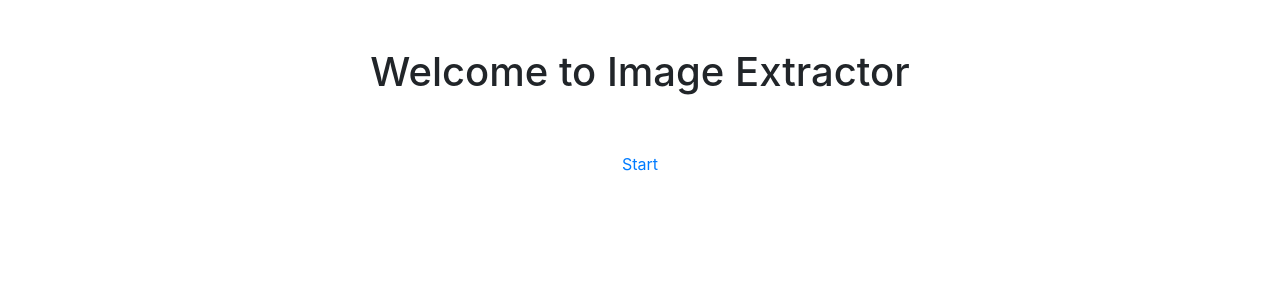
Repository: Rainam98/ImageExtractor
Page: http://localhost/demo/
An editor plug-in stored every save of this project. The page is shown before and after the next save, followed by the edit.
The browser window is 1280 px wide. The pictures show the whole page.
The page is served by Tomcat 9.

Above is the page before, as saved 2023-06-02 05:04:26.

After the next save:
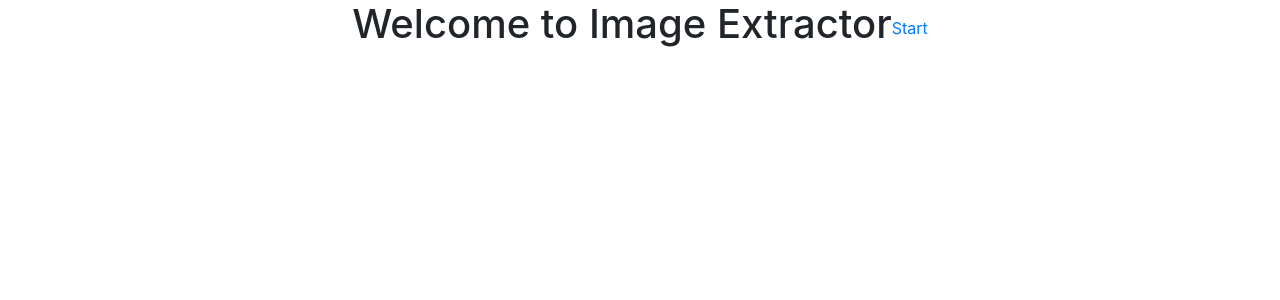
Saved 77 s later.
--- a/demo/src/main/webapp/index.jsp
+++ b/demo/src/main/webapp/index.jsp
@@ -8,11 +8,11 @@
 <title>Image Extractor</title>
 </head>
 <body>
-<div class="text-center">
-	<h1 class="mt-5">Welcome to Image Extractor</h1>
+<div class="h-100 d-flex align-items-center justify-content-center">
+	<h1 >Welcome to Image Extractor</h1>
 	<br>
 	<br>
-	<a class href="/start">Start</a>
+	<a href="/start">Start</a>
 	</div>
 </body>
 </html>
